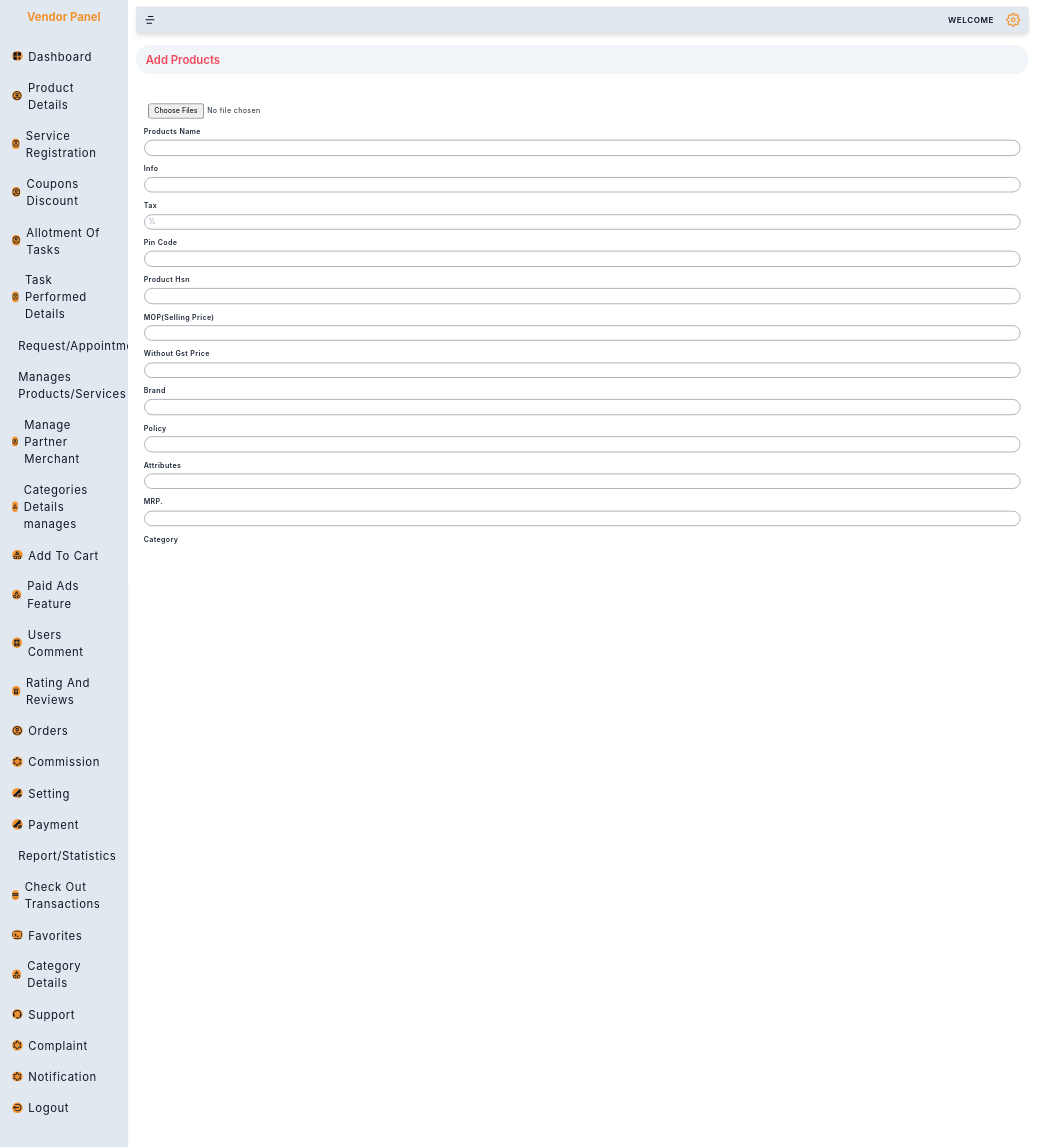
Repository: rohit0915/Mr-Arun-Chauhan-Admin-Panel
Page: /vendorAddProduct
The author's editor kept a copy of each file at every save. The page is drawn from the files as they stood at one save, then again after a run of saves.
The browser window is 1280 px wide. The pictures show the whole page, at 81% of full size.
The page's requests for data from a server got no answer. An inner scrolling area shows only its first screen. The project was rebuilt for these pictures with package versions that can differ from the ones it lists, and the page was loaded fresh each time. No one was signed in, and anything a server would have sent is missing. Also part of the build but not shown: src/components/BaseUrl.jsx, src/components/forms/Login.jsx, src/components/layout/Navbar.jsx, src/components/layout/Sidebar.jsx, src/components/layout/HOC.jsx, src/components/pages/Dashboard.jsx, src/components/pages/products/Products.jsx, src/components/pages/categories/Categories.jsx and 81 more.

Above is the page before, as saved 2022-11-24 14:32:22.

After the next 2 saves:
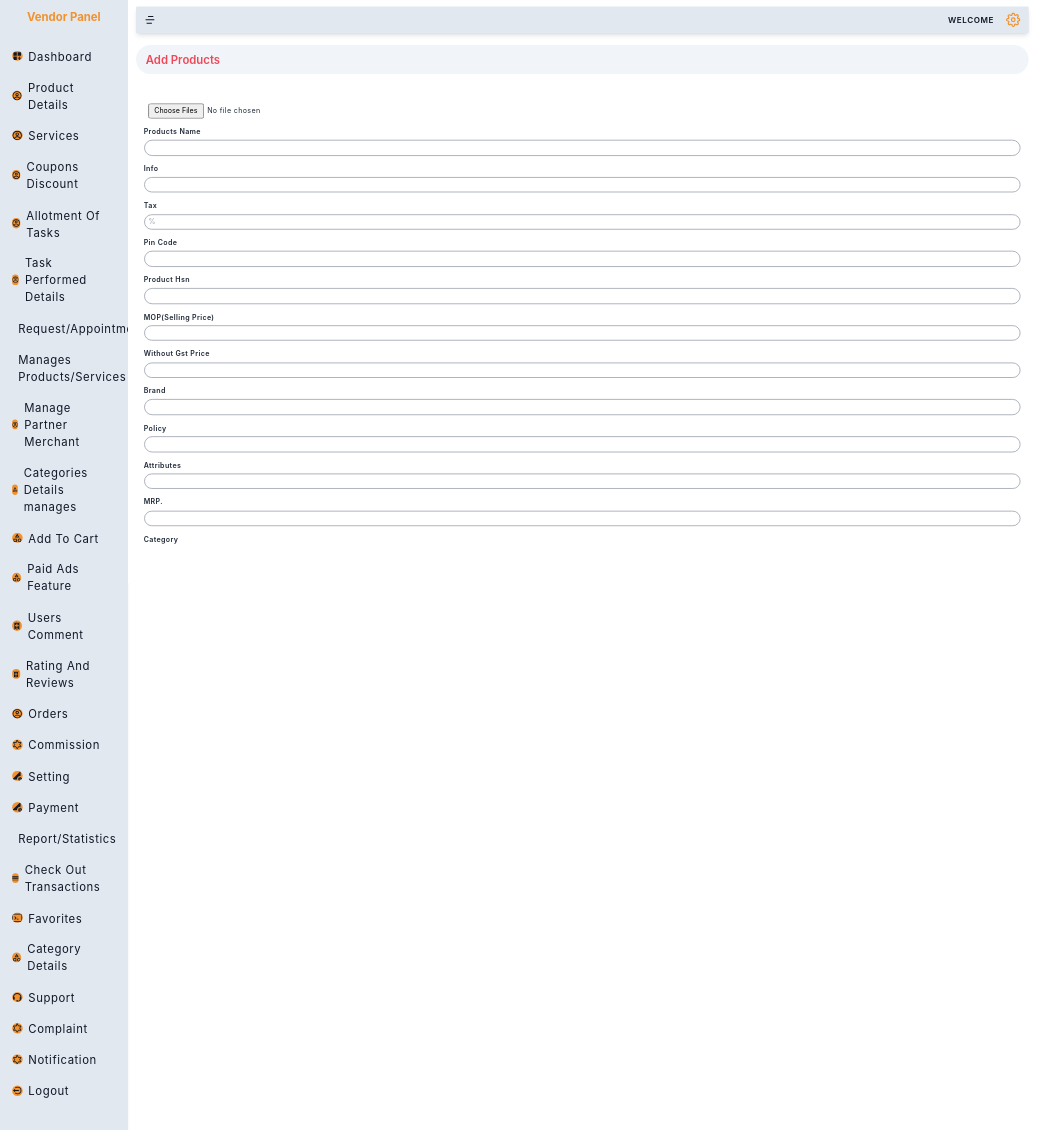
The 2 saves are shown as one change because they came seconds apart.
The last was saved 44 min 50 s later.
--- a/src/vendorPanel/components/layout/Sidebar.jsx
+++ b/src/vendorPanel/components/layout/Sidebar.jsx
@@ -44,7 +44,7 @@ const Sidebar = ({ hamb, setHamb }) => {
         <CgProfile className="text-xl mr-3 rounded-full bg-[rgb(241,146,46)]" />
       ),
       link: "/vendorService-registration",
-      name: "Service Registration",
+      name: "Services",
     },
     {
       icon: (
